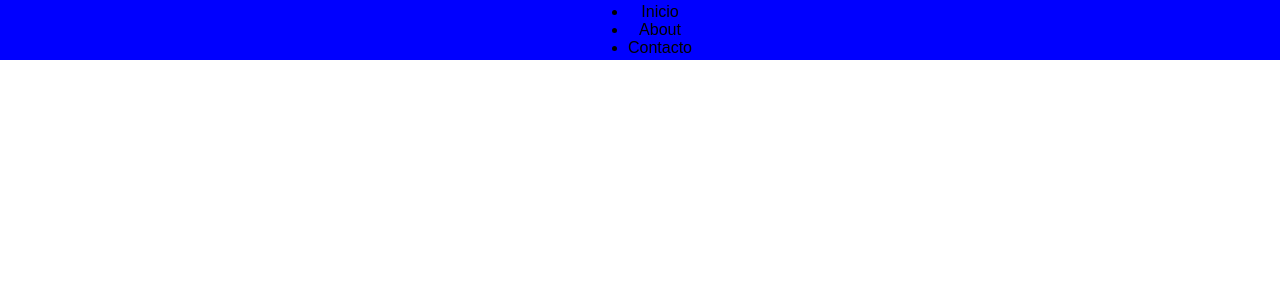
Repository: Toydrum/React-HectorCoronado
Page: /
The author's editor kept a copy of each file at every save. The page is drawn from the files as they stood at one save, then again after the next save.
The browser window is 1280 px wide. The pictures show the whole page.
The project was rebuilt for these pictures with package versions that can differ from the ones it lists, and the page was loaded fresh each time. Also part of the build but not shown: src/components/Navbar/Navbar.css.

Above is the page before, as saved 2023-06-03 05:40:16.

After the next save:
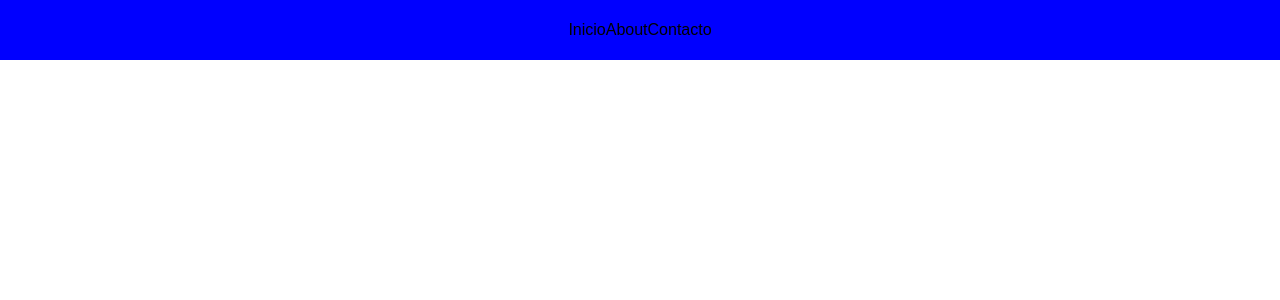
Saved 16 s later.
--- a/src/components/Navbar/Navbar.js
+++ b/src/components/Navbar/Navbar.js
@@ -19,7 +19,7 @@ const styles = {
 const NavBar =() => {
   return (
     <nav style={styles.NavBar}>
-      <ul>
+      <ul style={styles.NavBar}>
         <li>Inicio</li>
         <li>About</li>
         <li>Contacto</li>
